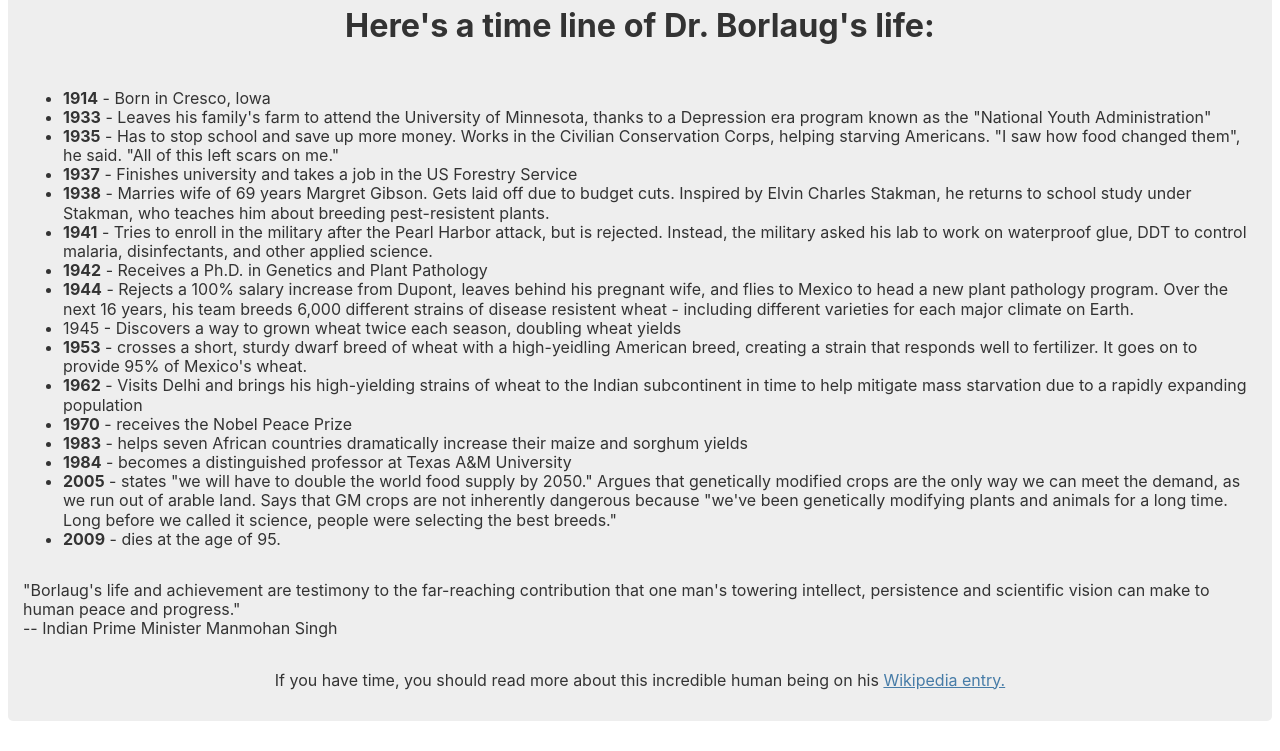
Repository: Lungdjos/tribute-page-certificate
Page: index.html
The author's editor kept a copy of each file at every save. The page is drawn from the files as they stood at one save, then again after the next save.
The browser window is 1280 px wide. The pictures show the part of the page from y = 544 to 1407 px (the page is 1295 px tall before and 1407 px after).
A picture or video elsewhere on the page could not be fetched, so the positions and the page height are approximate.

Above is the page before, as saved 2023-10-30 12:45:18.

After the next save:
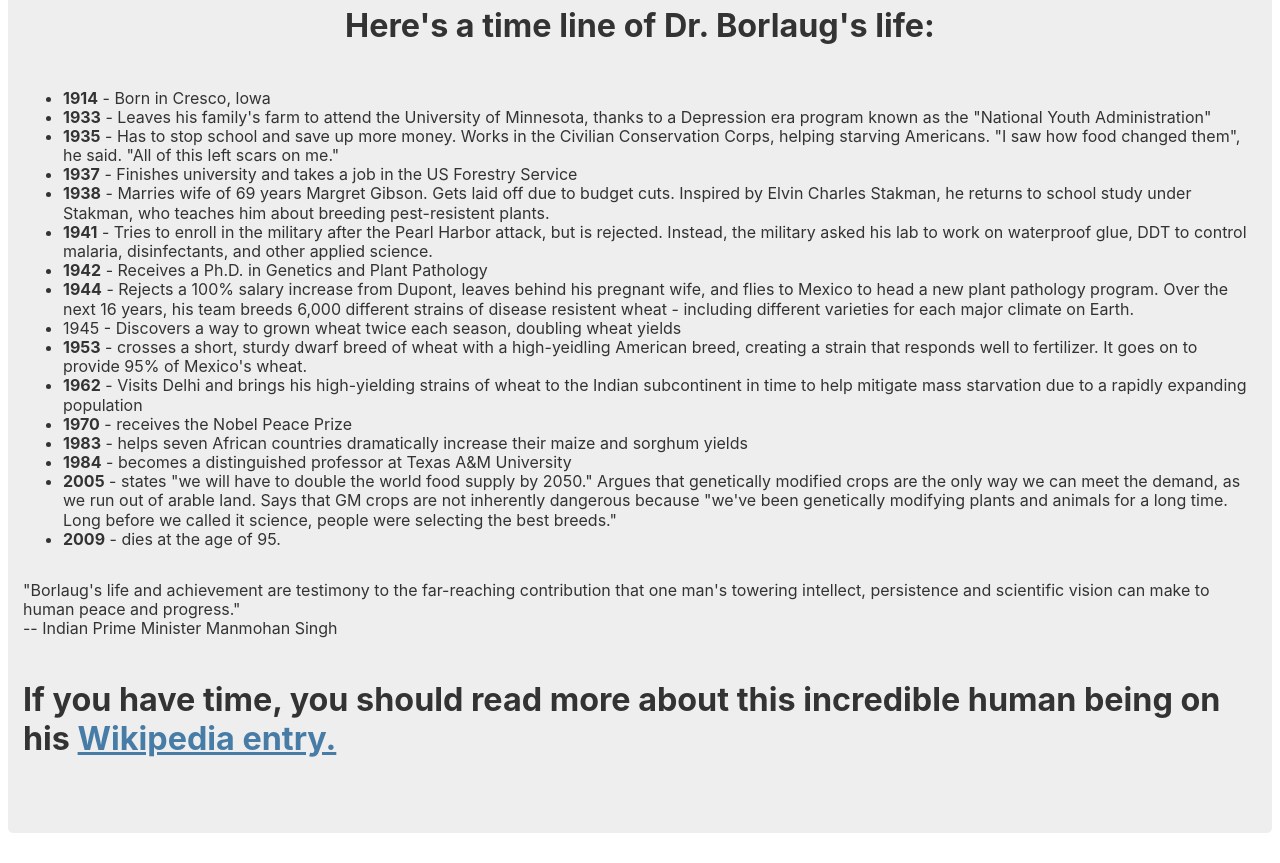
Saved 29 s later.
--- a/index.html
+++ b/index.html
@@ -40,7 +40,7 @@
 
             </ul>
             <p>"Borlaug's life and achievement are testimony to the far-reaching contribution that one man's towering intellect, persistence and scientific vision can make to human peace and progress."<br> -- Indian Prime Minister Manmohan Singh</p>
-            <p class="foot">If you have time, you should read more about this incredible human being on his
+            <h2 class="foot">If you have time, you should read more about this incredible human being on his
                 <a href="https://en.wikipedia.org/wiki/Norman_Borlaug" target="_blank" id="tribute-link">Wikipedia entry.</a></p>
         </div>
     </main>
